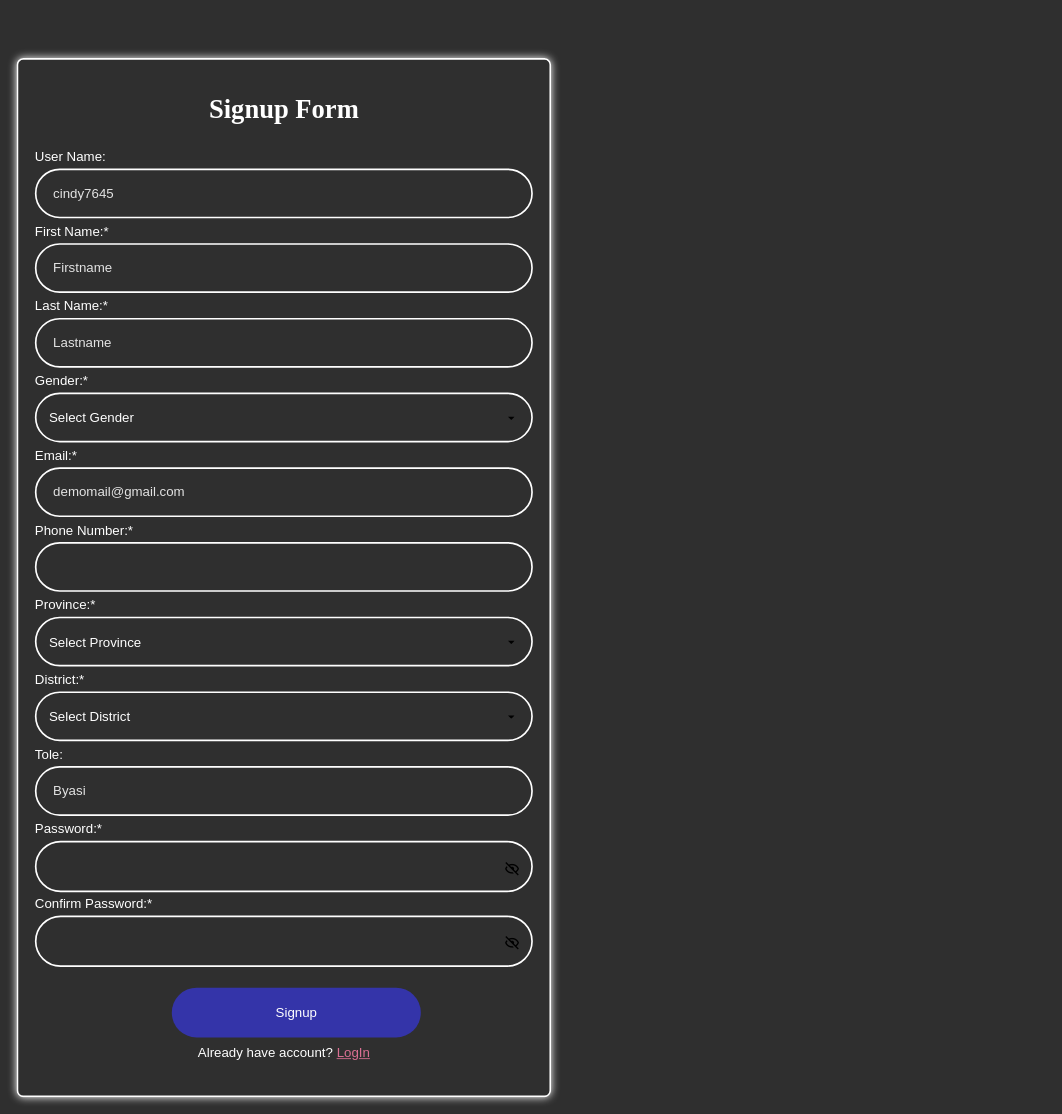
Repository: cindrellakoju/Animestore
Page: html css/signup.html
The author's editor kept a copy of each file at every save. The page is drawn from the files as they stood at one save, then again after the next save.
The browser window is 1280 px wide. The pictures show the whole page, at 83% of full size.

Above is the page before, as saved 2024-04-07 01:51:31.

### html css/signup.html
<!DOCTYPE html>
<html lang="en">
<head>
  <meta charset="UTF-8">
  <meta name="viewport" content="width=device-width, initial-scale=1.0">
  <title>Signup Page</title>
  <link href='https://unpkg.com/boxicons@2.1.4/css/boxicons.min.css' rel='stylesheet'>
  <link rel="stylesheet" href="signup.css">
</head>
<body>
  <div class="container">
    <h1>Signup Form</h1>
    <form>
      <div class="signupform">
        <label for="username">User Name:</label>
        <input type="text" id="username" name="username" placeholder="cindy7645">
      </div>
      <div class="signupform">
        <label for="firstname">First Name:<span class="required">*</span></label>
        <input type="text" id="firstname" name="firstname" placeholder="Firstname">
      </div>
      <div class="signupform">
        <label for="lastname">Last Name:<span class="required">*</span></label>
        <input type="text" id="lastname" name="lastname" placeholder="Lastname" required>
      </div>
      <div class="signupform">
        <label for="gender">Gender:<span class="required">*</span></label>
        <div class="custom-select">
            <select id="gender" name="gender" required>
                <option value="">Select Gender</option>
                <option value="male">Male</option>
                <option value="female">Female</option>
                <option value="other">Other</option>
            </select>
        </div>
    </div>

      <div class="signupform">
        <label for="email">Email:<span class="required">*</span></label>
        <input type="email" id="email" name="email" placeholder="demomail@gmail.com" required>
      </div>
      <div class="signupform">
        <label for="phone">Phone Number:<span class="required">*</span></label>
        <input type="text" id="phone" name="phone" required>
      </div>
      <div class="signupform">
        <label for="province">Province:<span class="required">*</span></label>
        <div class="custom-select">
          <select id="province" name="province" onchange="populateDistricts()" required>
            <option value="">Select Province</option>
            <option value="1">Province 1</option>
            <option value="2">Province 2</option>
            <option value="3">Bagmati Province</option>
            <option value="4">Gandaki Province</option>
            <option value="5">Lumbini Province</option>
            <option value="6">Karnali Province</option>
            <option value="7">Sudurpashchim Province</option>
          </select>
        </div>
      </div>
      <div class="signupform">
        <label for="district">District:<span class="required">*</span></label>
        <div class="custom-select">
            <select id="district" name="district" required>
                <option value="">Select District</option>
            </select>
        </div>
      </div>

      <div class="signupform">
        <label for="tole">Tole:</label>
        <input type="text" id="tole" name="tole" placeholder="Byasi" required>
      </div>
      <div class="signupform">
        <label for="password">Password:<span class="required">*</span></label>
        <div class="password-input-container">
            <input type="password" spellcheck="false" id="password" name="password" required>
            <i class='bx bx-hide toggle' id="passwordToggle"></i>
        </div>
    </div>

    <div class="signupform">
        <label for="confirmpassword">Confirm Password:<span class="required">*</span></label>
        <div class="password-input-container">
            <input type="password" spellcheck="false" id="confirmpassword" name="confirmpassword" required>
            <i class='bx bx-hide toggle' id="confirmPasswordToggle"></i>
        </div>
    </div>

      <div class="signupform">
        <button type="submit">Signup</button>
      </div>
    <h4>Already have account?  <a href="login.html">LogIn</a></h4>
    </form>
  </div>
  <script>
    function populateDistricts() {
      var provinceSelect = document.getElementById("province");
      var districtSelect = document.getElementById("district");

      // Clear existing options
      districtSelect.innerHTML = "";

      // Add default option
      var defaultOption = document.createElement("option");
      defaultOption.text = "Select District";
      districtSelect.add(defaultOption);

      // Get selected province
      var selectedProvince = provinceSelect.value;

      // Add districts based on selected province
      switch (selectedProvince) {
        case "1":
          addDistrict("Bhojpur");
          addDistrict("Dhankuta");
          addDistrict("Ilam");
          addDistrict("Jhapa");
          addDistrict("Khotang");
          break;
        case "2":
          addDistrict("Saptari");
          addDistrict("Siraha");
          addDistrict("Dhanusha");
          addDistrict("Mahottari");
          addDistrict("Sarlahi");
          break;
        case "3":
          addDistrict("Kathmandu");
          addDistrict("Lalitpur");
          addDistrict("Bhaktapur");
          addDistrict("Kavrepalanchok");
          addDistrict("Nuwakot");
          break;
        case "4":
          addDistrict("Gorkha");
          addDistrict("Lamjung");
          addDistrict("Tanahun");
          addDistrict("Manang");
          addDistrict("Mustang");
          break;
        case "5":
          addDistrict("Rupandehi");
          addDistrict("Kapilvastu");
          addDistrict("Nawalparasi");
          addDistrict("Arghakhanchi");
          addDistrict("Gulmi");
          break;
        case "6":
          addDistrict("Jumla");
          addDistrict("Kalikot");
          addDistrict("Surkhet");
          addDistrict("Dailekh");
          addDistrict("Jajarkot");
          break;
        case "7":
          addDistrict("Kailali");
          addDistrict("Kanchanpur");
          addDistrict("Dadeldhura");
          addDistrict("Darchula");
          addDistrict("Baitadi");
          break;
        default:
          break;
      }
    }

    function addDistrict(districtName) {
      var districtSelect = document.getElementById("district");
      var option = document.createElement("option");
      option.text = districtName;
      districtSelect.add(option);
    }

    document.addEventListener("DOMContentLoaded", function() {
    const passwordToggle = document.getElementById("passwordToggle");
    const confirmPasswordToggle = document.getElementById("confirmPasswordToggle");
    const passwordInput = document.getElementById("password");
    const confirmPasswordInput = document.getElementById("confirmpassword");

    passwordToggle.addEventListener("click", () => {
        if (passwordInput.type === "password") {
            passwordInput.type = "text";
            passwordToggle.classList.replace("bx-hide", "bx-show");
        } else {
            passwordInput.type = "password";
            passwordToggle.classList.replace("bx-show", "bx-hide");
        }
    });

    confirmPasswordToggle.addEventListener("click", () => {
        if (confirmPasswordInput.type === "password") {
            confirmPasswordInput.type = "text";
            confirmPasswordToggle.classList.replace("bx-hide", "bx-show");
        } else {
            confirmPasswordInput.type = "password";
            confirmPasswordToggle.classList.replace("bx-show", "bx-hide");
        }
      });
    });


  </script>
</body>
</html>

### html css/signup.css
/* General Styles */
body {
    font-family: Arial, sans-serif;
    margin: 0;
    padding: 20px;
    /* background-color: #f4f4f4; */
    min-height: 100vh;
    background-color: rgba(0, 0, 0, 0.815);
  }

  .container {
    margin-top: 50px;
    max-width: 600px;
    /* margin: 0 auto; */
    /* background: #fff; */
    padding: 20px;
    border-radius: 8px;
    /* box-shadow: 0 2px 5px rgba(0, 0, 0, 0.1); */
    border: 2px solid white ;
    box-shadow: 0 0 10px white;
  }

  h1 {
    color: white;
    font-size: 36;
    text-align: center;
    font-family: 'Times New Roman', Times, serif;
  }

  .signupform {
  position: relative;
  width: 100%;
  height: 60px;
  margin: 30px 0;
  justify-content: center;
  }

  label {
    color: white;
    display: block;
    margin-bottom: 5px;
    position: relative;
  }
  .label-text {
      display: inline-block;
  }

  .label-text .required {
  color: red;
  font-weight: bold;
  margin-left: 5px;
  }
  /* change color of placeholder */
  #username::placeholder, #firstname::placeholder, #lastname::placeholder,
  #email::placeholder, #tole::placeholder{
    color: rgba(255, 255, 255, 0.865);
  }
  input[type="text"],
  input[type="email"],
  select,
  input[type="password"] {
  width: 100%;
  padding: 20px 45px 20px 20px;
  height: 100%;
  border: none;
  outline: none;
  background: transparent ;
  border: 2px solid white;
  font-size: 16px;
  border-radius: 40px;
  box-sizing: border-box;
  }
  /* Dark border and label color on hover */
  .signupform input:hover,
  .signupform input:focus {
  border-color: white; /* Dark border color on hover and focus */
  }

  /* Default styling for select box */
  .custom-select {
    position: relative;
    width: 100%;
    height: 100%;
  }

  .custom-select select {
    appearance: none; /* Remove default arrow in Firefox */
    -webkit-appearance: none; /* Remove default arrow in WebKit/Blink */
    -moz-appearance: none; /* Remove default arrow in older Firefox */
    padding: 15px; /* Adjust as needed */
    border: 2px solid white;
    border-radius: 40px;
    background-color: transparent;
    cursor: pointer;
    width: 100%;
    font-size: 16px;
    box-sizing: border-box;
    outline: none; /* Remove focus outline */
    /* Use a custom arrow as background */
    background-image: url('data:[embedded picture, 163 characters]');
    background-repeat: no-repeat;
    background-position: calc(100% - 20px) center; /* Move arrow to the right */
    padding-right: 25px; /* Space for arrow */
  }
  #gender, #province, #district{
    color: white;
  }

  /* Hover effect for custom arrow */
  .custom-select:hover select {
    border-color: white; /* Change border color on hover */
  }

  /* Additional styles for select box */
  .custom-select select:focus {
    border-color: white; /* Change border color on focus */
  }

  .custom-select select:disabled {
    opacity: 0.5; /* Dim select box when disabled */
    pointer-events: none;
  }

  .password-input-container {
    position: relative;
  }


  .password-input-container i{
    position: absolute;
    top: 295%;
    right: 5px;
    left: 15px;
    transform: translateY(-50%);
    cursor: pointer;
    font-size: 20px;
    margin-left: 550px;
    margin-top: -150px;
  }

  button[type="submit"] {
    background-color: rgba(55, 55, 228, 0.678);
    color: white;
    width: 50%;
    height: 100%;
    padding: 10px 20px;
    border: none;
    border-radius: 40px;
    cursor: pointer;
    font-size: 16px;
    margin-top: 20px;
    margin-left: 165px;
}

button[type="submit"]:hover {
    background-color: rgb(33, 33, 232);
    text-decoration: underline;
    box-shadow: 0 0 10px white;
  }

  h4{
    color: white;
    font-weight: 500;
    text-align: center;
    margin-top: 20px;
    /* margin-left: 185px; */
  }

  h4 a{
    color: palevioletred
  }

  h4 a:hover{
    color: rgb(202, 63, 109);
  }
  /* Icon ko milako */
  .icon-box {
    display: flex;
    flex-direction: column;
  }

  /* Tooltip */
  .tooltip {
    position: absolute;
    top: 50%;
    right: calc(100% + 10px);
    transform: translateY(-50%);
    background-color: #333;
    color: white;
    padding: 5px 10px;
    border-radius: 5px;
    opacity: 0;
    transition: opacity 0.3s ease;
    pointer-events: none;
  }

After the next save:
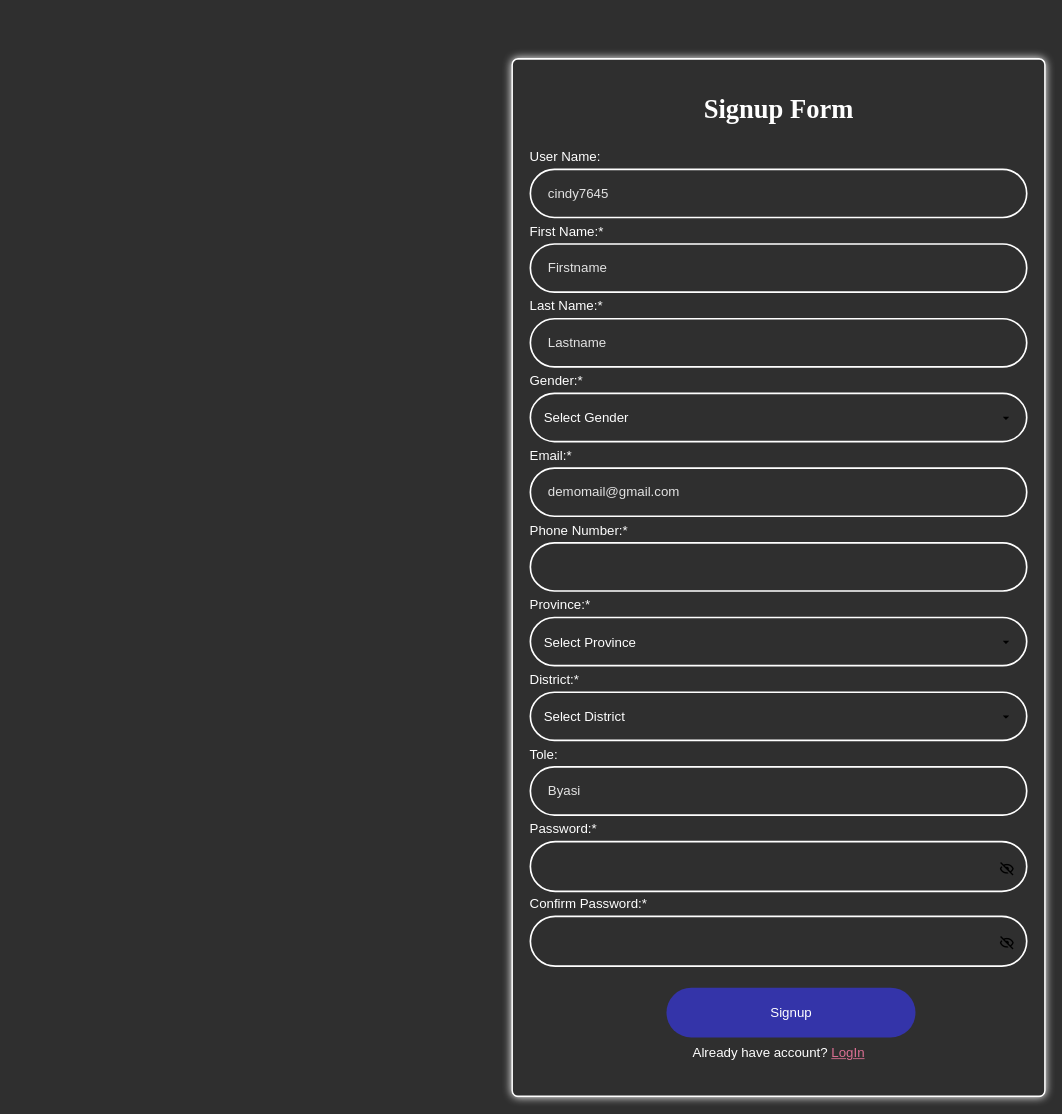
Saved 10 s later.
--- a/html css/signup.css
+++ b/html css/signup.css
@@ -11,7 +11,7 @@
   .container {
     margin-top: 50px;
     max-width: 600px;
-    /* margin: 0 auto; */
+    margin-left:  auto;
     /* background: #fff; */
     padding: 20px;
     border-radius: 8px;
